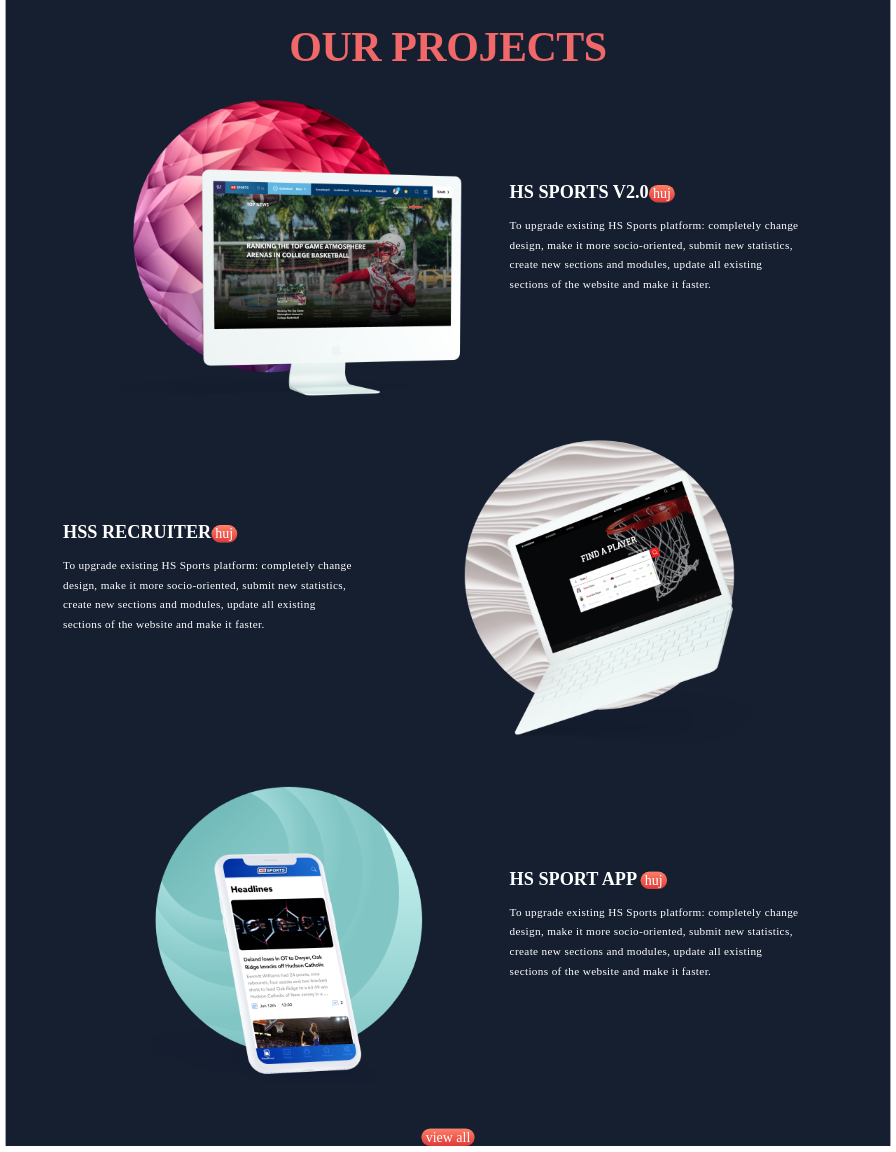
Repository: batonAnton/Ukiepro_girl
Page: MainPage.html
These files come from the project's save history. The page is drawn as it stood at one moment and after the next save; the edit follows.
The browser window is 1280 px wide. The pictures show the part of the page from y = 3693 to 5613 px (the page is 5338 px tall before and 5613 px after), at 70% of full size.

Above is the page before, as saved 2020-03-30 16:22:32.

### MainPage.html
<!DOCTYPE html>
<html lang="en">
  <head>
    <meta charset="UTF-8" />
    <meta name="viewport" content="width=device-width, initial-scale=1.0" />
    <title>Main Page</title>
    <link rel="stylesheet" href="./Css/style.css" />
  </head>
  <body>
    <div>
      <div class="block1">
        <nav>
          <a href="">services</a>
          <a href="">about</a>
          <a href="">portfolio</a>
          <a href="">contact</a>
        </nav>
        <div class="big_logo">
          <img src="./img/Combined_Shape.png" alt="" />

          <div class="btn_block1">
            <p>
              Automating your <br />
              business is up to
            </p>

            <button>Contact us</button>
          </div>
        </div>
        <div class="girl">
          <img src="./img/girl.png" alt="" />
        </div>
      </div>

      <div class="container block2">
        <div class="block2_info">
          <div class="block2_img">
            <img src="/img/block2_logo.png" alt="" />
          </div>

          <div class="weare">
            <h1 class="h1_general">we are</h1>
            <p>
              Business is not about success but about efficiency! <br />
              We are engaged in the implementation of automated <br />
              solutions for commercially-oriented projects. We <br />
              redesign in order to save your time and money.
            </p>
            <button>More about us</button>
          </div>
        </div>

        <div class="container  three_img_info">
          <div class="same_img_info">
            <h1>designers</h1>
            <img src="./img/designer.png" alt="" />
            <p>create</p>
          </div>

          <div class="same_img_info">
            <h1>developers</h1>
            <img src="./img/developers.png" alt="" />
            <p>programme</p>
          </div>

          <div class="same_img_info">
            <h1>qa testers</h1>
            <img src="./img/qa.png" alt="" />
            <p>quality</p>
          </div>
        </div>

        <div class=" container block2_info2">
          <div class="wemake">
            <h1 class="h1_general">we make</h1>

            <p>
              New tools for organizing new approaches and principles of <br />
              work. <br />
              We create custom websites and mobile applications from <br />
              scratch. We take a new look at ready-made websites and <br />
              mobile applications. <br />
              Basically, these are business tools that organize people's <br />
              work, and help to collect and analyze information.
            </p>

            <button>Our services</button>
          </div>

          <div class="block2_img_rombo">
            <img src="/img/rombo.png" alt="" />
          </div>
        </div>

        <div class="container block2_info2 lastblock">
          <!-- <div> -->
          <h1 class="h1_general" style="margin-left: 10%;">
            technology partner for
          </h1>
          <!-- </div> -->

          <div class="same_img_info">
            <h1>co-founder</h1>
            <img src="./img/co-founder.png" alt="" />
          </div>

          <div class="same_img_info">
            <h1>
              small & medium <br />
              businesses
            </h1>
            <img src="./img/business.png" alt="" />
          </div>

          <div class="same_img_info">
            <h1>startups</h1>
            <img src="./img/startup.png" alt="" />
          </div>
        </div>
      </div>

      <!-- block3 -->

      <div class=" block3">
        <h1 class="h1_general">our projects</h1>
        <div class="container block3_same_block">
          <img src="./img/block3_1.png" alt="" />
          <div class="block3_info">
            <h1>hs sports v2.0<button class="row_btn">huj</button></h1>
            <p>
              To upgrade existing HS Sports platform: completely change <br />
              design, make it more socio-oriented, submit new statistics, <br />
              create new sections and modules, update all existing <br />
              sections of the website and make it faster.
            </p>
          </div>
        </div>

        <div class="container block3_same_block">
          <img src="./img/block3_2.png" alt="" />
          <div class="block3_info_2">
            <h1>hss recruiter<button class="row_btn">huj</button></h1>
            <p>
              To upgrade existing HS Sports platform: completely change <br />
              design, make it more socio-oriented, submit new statistics, <br />
              create new sections and modules, update all existing <br />
              sections of the website and make it faster.
            </p>
          </div>
        </div>

        <div class="container block3_same_block">
          <img src="./img/block3_3.png" alt="" />
          <div class="block3_info">
            <h1>hs sport app <button class="row_btn">huj</button></h1>
            <p>
              To upgrade existing HS Sports platform: completely change <br />
              design, make it more socio-oriented, submit new statistics, <br />
              create new sections and modules, update all existing <br />
              sections of the website and make it faster.
            </p>
          </div>
        </div>

        <button>view all</button>
      </div>
    </div>
  </body>
</html>

### Css/style.css
* {
  max-width: 100%;
}
button {
  width: 220px;
  height: 60px;
  border: none;
  border-radius: 33px;
  background-image: linear-gradient(180deg, #ff8067 0%, #df3939 100%);
  color: #ffffff;
  font-family: "Museo -700";
  font-size: 20px;
}
.container {
  max-width: 100%;
  width: 1100px;
  margin-left: auto;
  margin-right: auto;
}
.block1 {
  width: 100%;
  /* height: 920px; */
  position: relative;
  box-shadow: -8px 1px 116px rgba(0, 0, 0, 0.21);
  background-image: radial-gradient(
    circle 1673px at 29.24% 114.02%,
    #22466c 0%,
    #0e1f39 100%
  );
  /* opacity: -1; */
  z-index: 2;
}

.block1 nav {
  max-width: 100%;
  width: 1050px;
  margin-left: auto;
  margin-right: auto;
  margin-top: 0;
  padding-top: 40px;

  height: 19px;
  text-align: right;
  color: #ffffff;
  font-family: "Museo 500- Regular";
  font-size: 16px;
  font-weight: 400;
  letter-spacing: 0.89px;
}
.block1 nav a {
  width: 446px;
  height: 19px;
  color: #ffffff;
  font-family: "Museo 500- Regular";
  font-size: 16px;
  font-weight: 400;
  letter-spacing: 0.84px;
  /* Text style for "Services" */
  letter-spacing: 0.89px;
  text-transform: capitalize;
}

.block1 nav a + a {
  margin-left: 30px;
}
.big_logo {
  margin: 0 auto;
  padding-bottom: 100px;
  max-width: 100%;
  width: 1200px;
  text-align: center;
}
.block1 img {
  max-width: 100%;
  width: 1226px;
  height: 309px;
  margin: 0 auto;
  padding-top: 75px;
  margin-left: auto;
  margin-right: auto;
}

p {
  margin-block-start: 0em;
  margin-block-end: 0em;
}

.block1 p {
  width: 350px;
  height: 103px;
  opacity: 0.8;
  color: #ffffff;
  font-family: "Exo 2.0- Bold";
  font-size: 30px;
  font-weight: 700;
  letter-spacing: -0.03px;
  line-height: 40px;
}
.block1 button {
  width: 220px;
  height: 60px;
  border: none;
  border-radius: 33px;
  background-image: linear-gradient(180deg, #ff8067 0%, #df3939 100%);
  color: #ffffff;
  font-family: "Museo -700";
  font-size: 20px;
}
.btn_block1 {
  text-align: left;
  margin-left: 50px;
  margin-top: 80px;
}
.block1 button {
  margin-top: 50px;
}

.block1 .girl img {
  width: 729px;
  height: 957px;
  position: absolute;
  top: 25%;
  left: 35%;
}

.block2 {
  width: 1922px;
  /* height: 2851px; */
  padding-bottom: 300px;
  background-image: radial-gradient(
    circle 1288px at 65.32% 35.97%,
    #ff7260 0%,
    #d74f4f 100%
  );
  z-index: 0;
}
.block2_info {
  /* height: 895px; */
  width: 1200px;
  padding-bottom: 810px;
  margin-left: auto;
  margin-right: auto;
}

/* .block2_img {
  width: 1306px;
  height: 895px;
  left: -25%;
  top: 85%;
  position: absolute;
} */

.block2_img img {
  height: 895px;
  left: -45%;
  top: 120%;
  position: absolute;
}

.weare {
  float: right;
  margin: 10% 10%;
}

.weare h1 {
  height: 70px;
  color: #242f3a;
  font-family: "Exo 2.0- Bold";
  font-size: 60px;
  font-weight: 700;
  letter-spacing: 0.52px;
  text-transform: uppercase;
}

.weare p {
  height: 219px;
  /* opacity: 0.9; */
  color: #ffffff;
  font-family: "Museo 500- Regular";
  font-size: 18px;
  font-weight: 400;
  letter-spacing: 0.48px;
  line-height: 32px;
  /* Text style for "Business i" */
  font-family: "Museo -700";
}

.block2_info button {
  width: 220px;
  height: 60px;
  border-radius: 33px;
  border: 3px solid #ffffff;
}

.three_img_info {
  display: flex;
  flex-direction: row;
  padding-bottom: 100px;
}

.three_img_info h1 {
  height: 38px;
  color: #242f3a;
  font-family: "Exo 2.0- Bold";
  font-size: 32px;
  font-weight: 700;
  letter-spacing: 0.28px;
  text-transform: uppercase;
}

.same_img_info {
  width: 50%;
  text-align: center;
}

.same_img_info img {
  height: 230px;
  margin-top: 60px;
}

.same_img_info p {
  width: 50px;
  margin-top: -60%;
  transform: rotate(90deg);
  color: #ff9291;
  font-family: "Exo 2.0- Bold";
  font-size: 42px;
  font-weight: 700;
  letter-spacing: 0.37px;
  text-transform: uppercase;
}

.block2_info2 {
  display: flex;
  flex-direction: row;
  height: 895px;
  width: 1200px;
  margin-left: auto;
  margin-right: auto;
}

.wemake {
  margin: 20% 0% 0% 10%;
  width: 510px;
}
.h1_general {
  height: 70px;
  color: #242f3a;
  font-family: "Exo 2.0- Bold";
  font-size: 60px;
  font-weight: 700;
  letter-spacing: 0.52px;
  text-transform: uppercase;
}

.wemake p {
  height: 256px;
  /* opacity: 0.9; */
  color: #ffffff;
  font-family: "Museo 500- Regular";
  font-size: 14px;
  font-weight: 400;
  letter-spacing: 0.48px;
  line-height: 32px;
  /* Text style for "Business i" */
  font-family: "Museo -700";
}

.block2_info2 button {
  width: 220px;
  height: 60px;
  border-radius: 33px;
  border: 3px solid #ffffff;
}

/* rombo property */

.block2_img_rombo {
  width: 976px;
  /* height: 1479px; */
  /* left: 57%;
  top: 205%; */
  position: relative;
  overflow: hidden;
}

.block2_img_rombo img {
  margin: -12% 0% 0% 30%;
}

.same_img_info h1 {
  height: 68px;
  color: #242f3a;
  font-family: "Exo 2.0- Bold";
  font-size: 32px;
  font-weight: 700;
  letter-spacing: 0.28px;
  text-transform: uppercase;
}

.lastblock {
  flex-wrap: wrap;
  height: 400px;
}

.lastblock .same_img_info {
  flex: 1 1 30%;
  text-align: center;
}

/* block3 */
.block3 {
  width: 100%;
  /* height: 1982px; */
  background-color: #151f30;
  display: inline-block;
  text-align: center;
}

.block3 .h1_general {
  /* width: 424px; */
  height: 70px;
  margin-top: 140px;
  color: #f06868;
  font-family: "Exo 2.0- Bold";
  font-size: 60px;
  font-weight: 700;
  letter-spacing: -0.68px;
  text-transform: uppercase;
}

.block3_same_block {
  width: 1100px;
  display: block;
  margin-bottom: 60px;
}

.block3_info {
  float: right;
  margin-top: 100px;
  text-align: left;
}
.block3_info_2 {
  float: left;
  margin-top: 100px;
  text-align: left;
}

.block3 h1 {
  /* width: 285px; */
  height: 30px;
  color: #ffffff;
  font-family: "Exo 2.0- Bold";
  font-size: 26px;
  font-weight: 700;
  text-transform: uppercase;
}
.block3 p {
  width: 462px;
  height: 140px;
  color: #ffffff;
  font-family: "Museo 500- Regular";
  font-size: 16px;
  font-weight: 400;
  letter-spacing: 0.5px;
  line-height: 28px;
}

.block3 button {
  width: auto;
  height: auto;
}

After the next save:
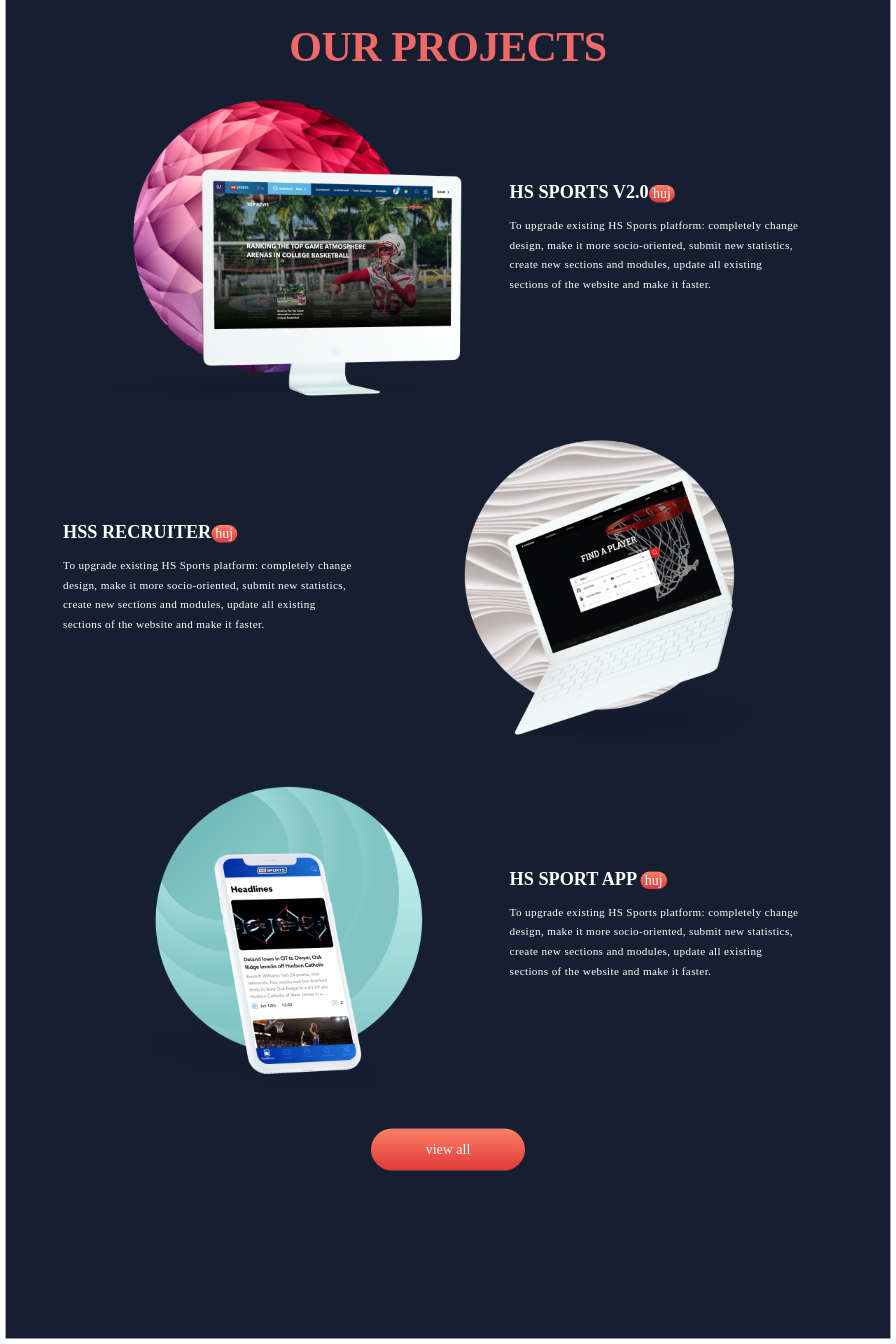
Saved 2 min 36 s later.
--- a/Css/style.css
+++ b/Css/style.css
@@ -315,6 +315,7 @@
   background-color: #151f30;
   display: inline-block;
   text-align: center;
+  padding-bottom:240px;
 }
 
 .block3 .h1_general {
@@ -366,7 +367,7 @@
   line-height: 28px;
 }
 
-.block3 button {
+.block3 .row_btn {
   width: auto;
   height: auto;
 }
